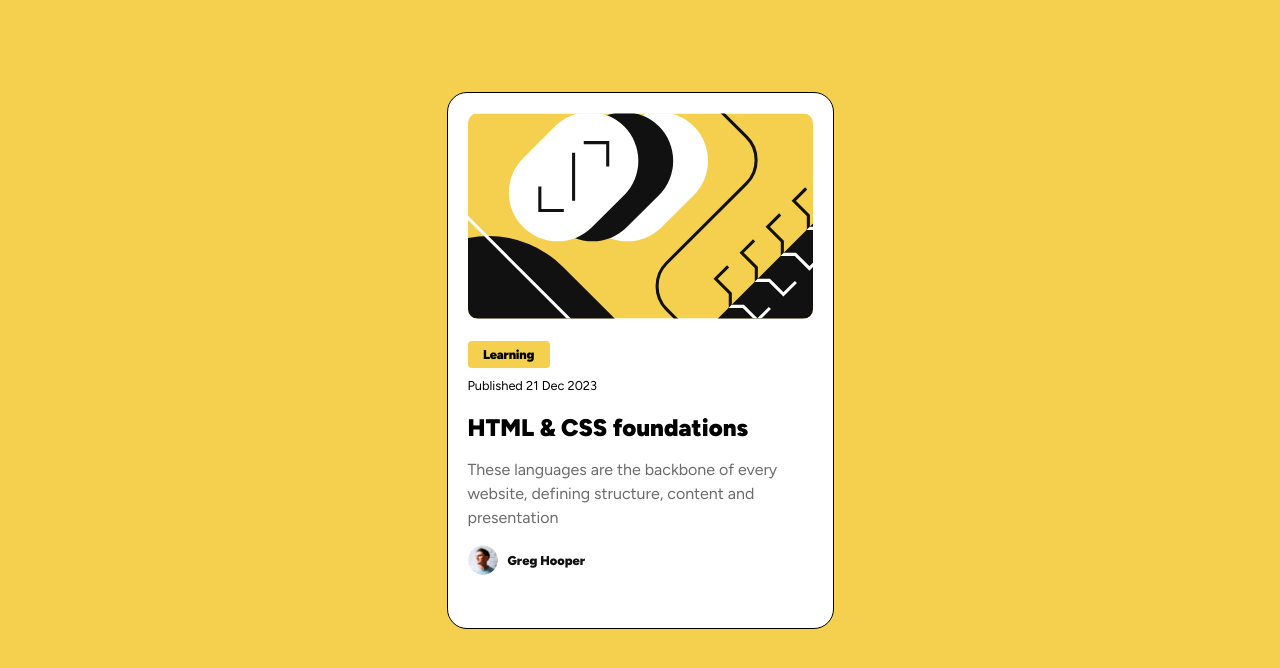
Repository: brandontaylor1/blogpreviewcard
Page: index.html
An editor plug-in stored every save of this project. The page is shown before and after the next save, followed by the edit.
The browser window is 1280 px wide. The pictures show the whole page.
The pointer rests on the first visible `.container`.

Above is the page before, as saved 2024-12-25 12:27:17.

### index.html
<!DOCTYPE html>
<html lang="en">
<head>
    <meta charset="UTF-8">
    <meta name="viewport" content="width=device-width, initial-scale=1.0">
    <link rel="preconnect" href="https://fonts.googleapis.com">
    <link rel="preconnect" href="https://fonts.gstatic.com" crossorigin>
    <link href="https://fonts.googleapis.com/css2?family=Figtree:ital,wght@0,300..900;1,300..900&display=swap" rel="stylesheet">
    <link rel="stylesheet" href="./index.css">
    <title>HTML & CSS Foundations</title>
</head>
<body>
    <main class="container">
        <div class="img-container">
            <img src="./images/illustration-article.svg" class="heading-img" alt="">
        </div>
        <div class="card-content">
            <p id="learning-tag">Learning</p>
            <div class="card-content-text">
                <p>Published 21 Dec 2023</p>
                <h2>HTML & CSS foundations</h2>
                <h3>These languages are the backbone of every website, defining structure, content and presentation</h3>
            </div>
        </div>
        <div class="user-footer">
            <img src="./images/image-avatar.webp" alt="person-image">
            <p>Greg Hooper</p>
        </div>
    </main>

    <script src="index.js"></script>
</body>
</html>

### index.css
:root {
    /* COLORS */
    --primary-yellow: hsl(47, 88%, 63%);
    --primary-white: hsl(0, 0%, 100%);
    --primary-gray-reg: hsl(0, 0%, 42%);
    --primary-gray-bold: hsl(0, 0%, 7%);

    --main-font-size: 16px;

    --main-font-url: "Figtree", sans-serif;
    --main-font-weight-reg: 500;
    --main-font-weight-bold: 900;
}

/* @font-face {
    font-family: 'Figtree-SemiBold';
    src: var(--main-font-url);
    font-weight: var(--main-font-weight-reg);
}

@font-face {
    font-family: 'Figtree-ExtraBold';
    src: var(--main-font-bold-url);
    font-weight: var(--main-font-weight-bold);
}  */


body {
    box-sizing: border-box;
    margin: 0;
    padding: 0;
    height: 100vh;
    display: flex;
    align-items: center;
    justify-content: center;
    background-color: var(--primary-yellow);
}

.container {
    width: 350px;
    height: 470px;
    margin: 0 auto;
    padding: 0 20px;
    background-color: var(--primary-white);
    width: 350px;
    padding: 20px;
    border-radius: 20px;
    border: 1px solid black;
    box-shadow: 5px 5px 0 1px rgba(0, 0, 0, 1);
    transition: all 0.3s ease;
}

.container:hover {
    box-shadow: 0 0 0 0 rgba(0, 0, 0, 0.5);
    height: 495px;
    width: 345px;
    border: .25px solid black;
}

.heading-img {
    width: 100%;
    margin-bottom: 5px;
    border-radius: 10px;
}

.card-content {
    width: 100%;
    display: flex;
    flex-direction: column;
    align-items: left;
    justify-content: space-between;
}

#learning-tag {
    background-color: var(--primary-yellow);
    padding: 6px 1px;
    border-radius: 4px;
    font-family: var(--main-font-url);
    font-weight: var(--main-font-weight-bold);
    font-size: .8rem;
    width: 80px;
    text-align: center;
    letter-spacing: -.25px;

}

.card-content-text {
    margin-top: -15px;
    font-size: .8rem;
    font-family: var(--main-font-url);
}

.card-content-text h2 {
    font-size: 1.5rem;
    font-family: var(--main-font-bold-url);
    font-weight: var(--main-font-weight-bold);
    margin-bottom: 10px;
    transition: color 0.3s ease;
}

.card-content-text h2:hover {
    color: var(--primary-yellow)

}

.card-content-text h3 {
    font-size: 1rem;
    font-family: var(--main-font-url);
    font-weight: 400;
    line-height: 1.5;
    margin-bottom: 10px;
    color: var(--primary-gray-reg);
}

.user-footer {
    display: flex;
    align-items: center;

}

.user-footer img {
    width: 30px;
    height: 30px;
    border-radius: 50%;
    margin-right: 10px;
}

.user-footer p {
    font-size: .8rem;
    font-family: var(--main-font-url);
    font-weight: var(--main-font-weight-bold);
    color: var(--primary-gray-bold);
}

Loaded but not shown: index.js (no stored copy; drawn as an empty file)

After the next save:
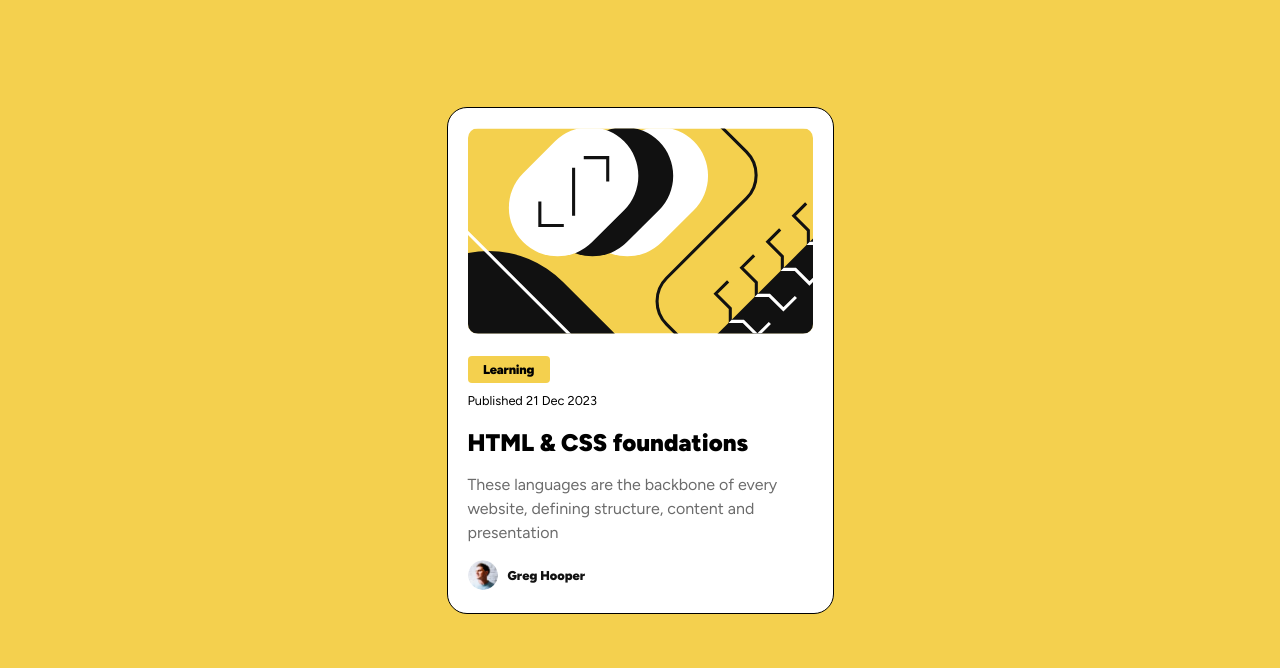
Saved 17 s later.
--- a/index.css
+++ b/index.css
@@ -52,7 +52,7 @@ body {
 
 .container:hover {
     box-shadow: 0 0 0 0 rgba(0, 0, 0, 0.5);
-    height: 495px;
+    height: 465px;
     width: 345px;
     border: .25px solid black;
 }
